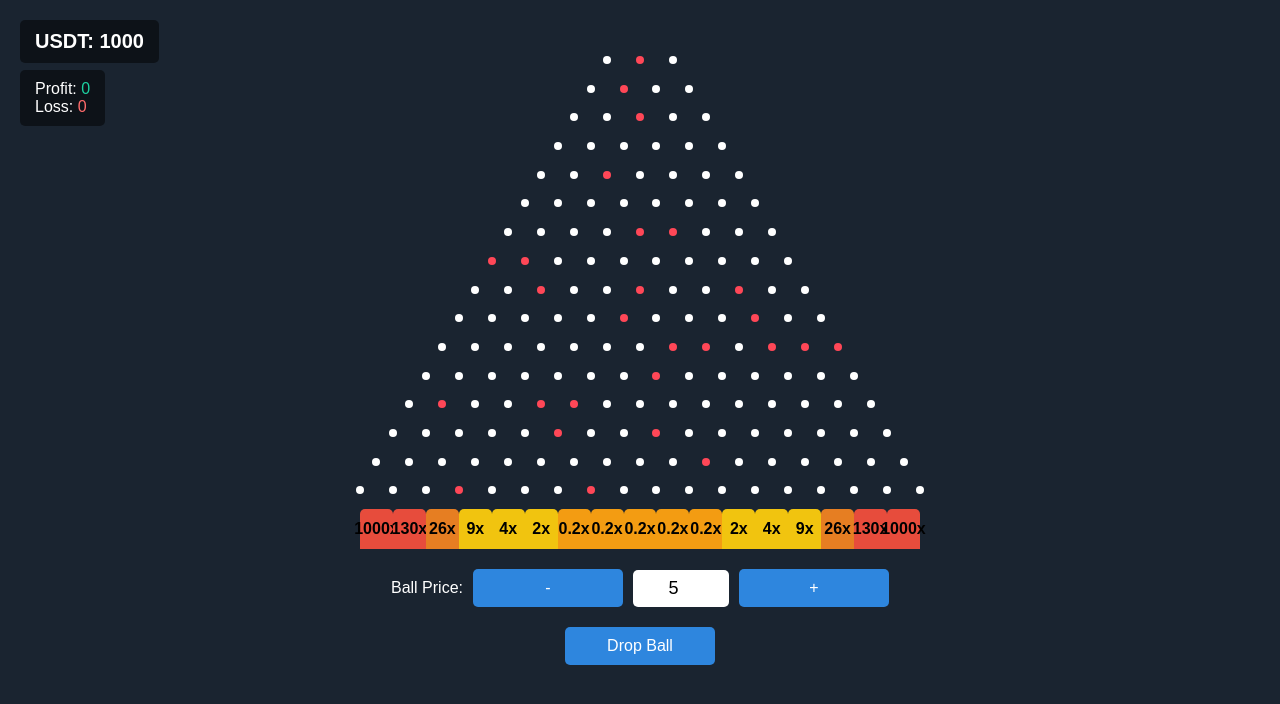
Repository: daffa-alif/PLINKO-JS
Page: plinko.html
These files come from the project's save history. The page is drawn as it stood at one moment and after the next save; the edit follows.
The browser window is 1280 px wide. The pictures show the whole page.

Above is the page before, as saved 2025-03-07 08:08:11.

After the next save:
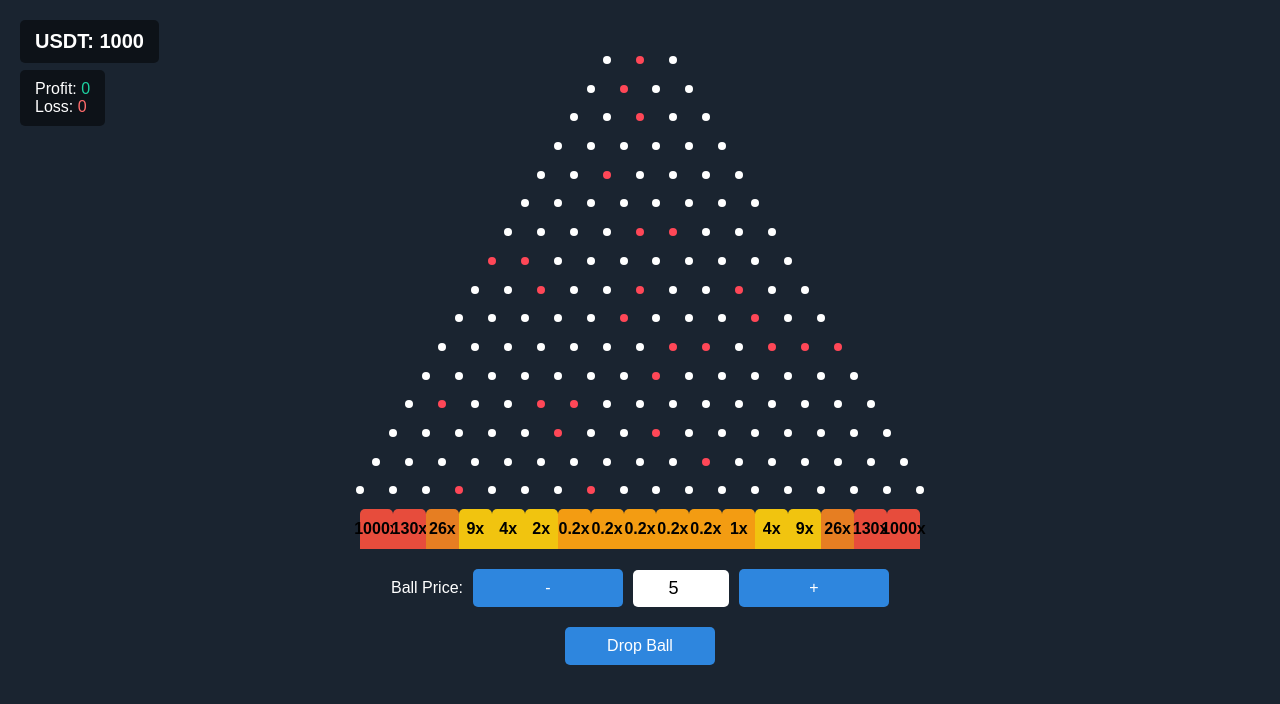
Saved 110 s later.
--- a/plinko.html
+++ b/plinko.html
@@ -213,7 +213,7 @@
             pegInfluence: 0.6,
             maxActiveBalls: 10,
             // Updated multipliers to match the image exactly
-            multipliers: [1000, 130, 26, 9, 4, 2, 0.2, 0.2, 0.2, 0.2, 0.2, 2, 4, 9, 26, 130, 1000],
+            multipliers: [1000, 130, 26, 9, 4, 2, 0.2, 0.2, 0.2, 0.2, 0.2, 1, 4, 9, 26, 130, 1000],
             horizontalSpacingFactor: 1.12
         };
 
